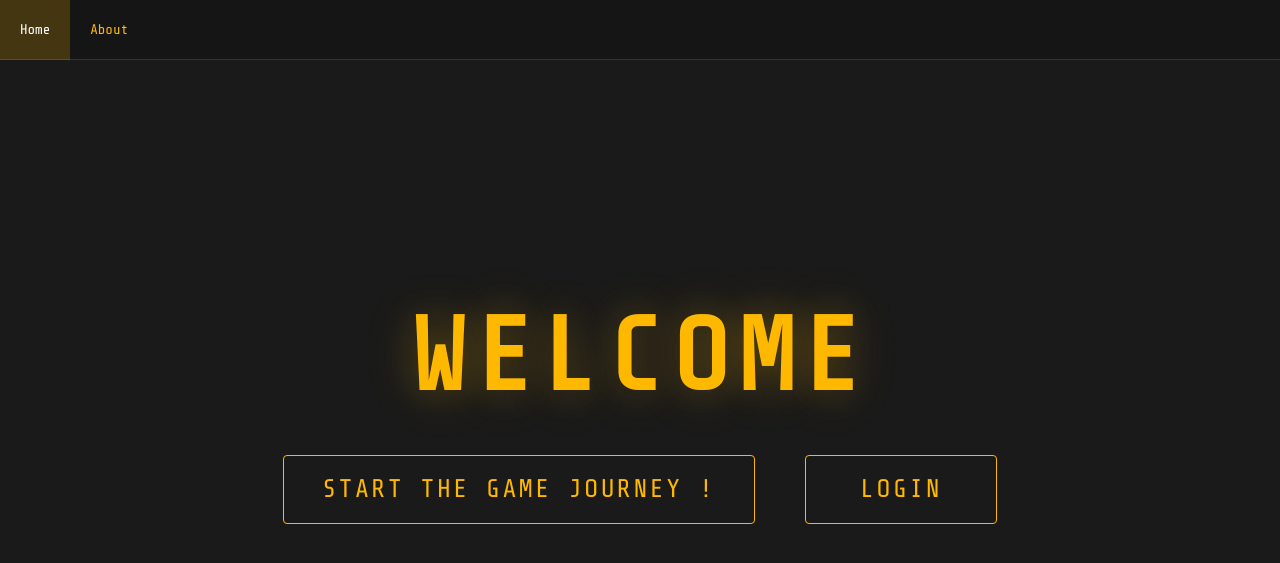
Repository: qqqq121114/se_417
Page: / (app in client/)
The author's editor kept a copy of each file at every save. The page is drawn from the files as they stood at one save, then again after the next save.
The browser window is 1280 px wide. The pictures show the whole page.
The project was rebuilt for these pictures with package versions that can differ from the ones it lists, and the page was loaded fresh each time. Also part of the build but not shown: client/vite.config.js.

Above is the page before, as saved 2024-12-08 11:41:23.

### client/src/main.js
import { createApp } from 'vue'
import { createPinia } from 'pinia'
import ElementPlus from 'element-plus'
import 'element-plus/dist/index.css'
import App from './App.vue'
import router from './router'

const app = createApp(App)

app.use(createPinia())
app.use(router)
app.use(ElementPlus)

app.mount('#app')

### client/src/App.vue
<template>
  <div id="app" class="cyber-theme">
    <el-container>
      <el-header>
        <el-menu mode="horizontal" router class="cyber-menu">
          <el-menu-item index="/">Home</el-menu-item>
          <el-menu-item index="/about">About</el-menu-item>
        </el-menu>
      </el-header>
      <el-main>
        <router-view></router-view>
      </el-main>
    </el-container>
  </div>
</template>

<script setup>
import { ElContainer, ElHeader, ElMain, ElMenu, ElMenuItem } from 'element-plus'
import 'element-plus/dist/index.css'
</script>

<style>
@import url('https://fonts.googleapis.com/css2?family=Share+Tech+Mono&display=swap');

/* 重置默认样式 */
* {
  margin: 0;
  padding: 0;
  box-sizing: border-box;
}

html, body {
  margin: 0;
  padding: 0;
  width: 100%;
  height: 100%;
  overflow-x: hidden;
  background-color: var(--cyber-bg);
}

:root {
  --cyber-bg: #1a1a1a;
  --cyber-text: #FFB800;
  --cyber-glow: #FFB80033;
  --cyber-border: #333333;
}

#app {
  font-family: 'Share Tech Mono', monospace;
  -webkit-font-smoothing: antialiased;
  -moz-osx-font-smoothing: grayscale;
  color: var(--cyber-text);
  background-color: var(--cyber-bg);
  min-height: 100vh;
  width: 100%;
  margin: 0;
  padding: 0;
}

.cyber-theme {
  background: var(--cyber-bg);
  min-height: 100vh;
  width: 100%;
}

.el-container {
  min-height: 100vh;
  margin: 0;
  padding: 0;
}

.el-header {
  padding: 0;
  background: rgba(0, 0, 0, 0.2);
  border-bottom: 1px solid var(--cyber-border);
  margin: 0;
}

.el-main {
  padding: 20px;
  background: var(--cyber-bg);
  margin: 0;
}

.cyber-menu {
  background: transparent !important;
  border: none !important;
  margin: 0;
  padding: 0;
}

.el-menu--horizontal > .el-menu-item {
  color: var(--cyber-text) !important;
  font-family: 'Share Tech Mono', monospace !important;
  border: none !important;
}

.el-menu--horizontal > .el-menu-item:hover,
.el-menu--horizontal > .el-menu-item:focus,
.el-menu--horizontal > .el-menu-item.is-active {
  color: #fff !important;
  background: var(--cyber-glow) !important;
  border: none !important;
}

/* 全局按钮样式 */
.el-button {
  background: transparent !important;
  border: 1px solid var(--cyber-text) !important;
  color: var(--cyber-text) !important;
  font-family: 'Share Tech Mono', monospace !important;
  transition: all 0.3s ease;
}

.el-button:hover {
  background: var(--cyber-glow) !important;
  color: #fff !important;
  box-shadow: 0 0 10px var(--cyber-glow);
}

/* 卡片样式 */
.el-card {
  background: rgba(0, 0, 0, 0.2) !important;
  border: 1px solid var(--cyber-border) !important;
  backdrop-filter: blur(5px);
}

.el-card__header {
  border-bottom: 1px solid var(--cyber-border) !important;
}
</style>

### client/src/router/index.js
import { createRouter, createWebHistory } from 'vue-router'
import Home from '../views/Home.vue'

const routes = [
  {
    path: '/',
    name: 'Home',
    component: Home
  },
  {
    path: '/about',
    name: 'About',
    component: () => import('../views/About.vue')
  },
  {
    path: '/register',
    name: 'Register',
    component: () => import('../views/Register.vue')
  }
]

const router = createRouter({
  history: createWebHistory(),
  routes
})

export default router

### client/src/views/Home.vue
<template>
  <div class="home">
    <div class="welcome-container">
      <h1 class="cyber-title noselect">Welcome</h1>
      <div class="button-group">
        <el-button class="cyber-button" size="large" @click="$router.push('/register')">Start The Game Journey !</el-button>
        <el-button class="cyber-button" size="large">LOGIN</el-button>
      </div>
    </div>
  </div>
</template>

<script setup>
</script>

<style scoped>
.home {
  display: flex;
  justify-content: center;
  align-items: center;
  min-height: calc(100vh - 60px);
  padding: 20px;
}

.welcome-container {
  text-align: center;
  width: 60vw;
}

.cyber-title {
  font-size: 8vw;
  color: var(--cyber-text);
  text-transform: uppercase;
  letter-spacing: 0.1em;
  margin-bottom: 5vh;
  text-shadow: 0 0 20px var(--cyber-glow);
  animation: glow 1.5s ease-in-out infinite alternate;
  line-height: 1.2;
  font-family: 'Share Tech Mono', monospace;
  user-select: none;
  -webkit-user-select: none;
  -moz-user-select: none;
  -ms-user-select: none;
  cursor: default;
  white-space: nowrap;
}

.button-group {
  display: flex;
  gap: 3vw;
  justify-content: center;
}

.cyber-button {
  font-size: 2vw !important;
  padding: 2vh 3vw !important;
  min-width: 15vw !important;
  font-family: 'Share Tech Mono', monospace !important;
  text-transform: uppercase;
  letter-spacing: 0.1em;
  height: auto !important;
  line-height: 1.5 !important;
}

@keyframes glow {
  from {
    text-shadow: 0 0 20px var(--cyber-glow), 0 0 40px var(--cyber-glow);
  }
  to {
    text-shadow: 0 0 40px var(--cyber-glow), 0 0 60px var(--cyber-glow);
  }
}

/* 响应式设计 */
@media (max-width: 768px) {
  .cyber-title {
    font-size: 12vw;
    white-space: normal;
  }

  .button-group {
    flex-direction: column;
    align-items: center;
    gap: 3vh;
  }

  .cyber-button {
    width: 60vw !important;
    font-size: 5vw !important;
    padding: 2vh 4vw !important;
  }
}
</style>

Loaded but not shown: client/index.html (common file)

After the next save:
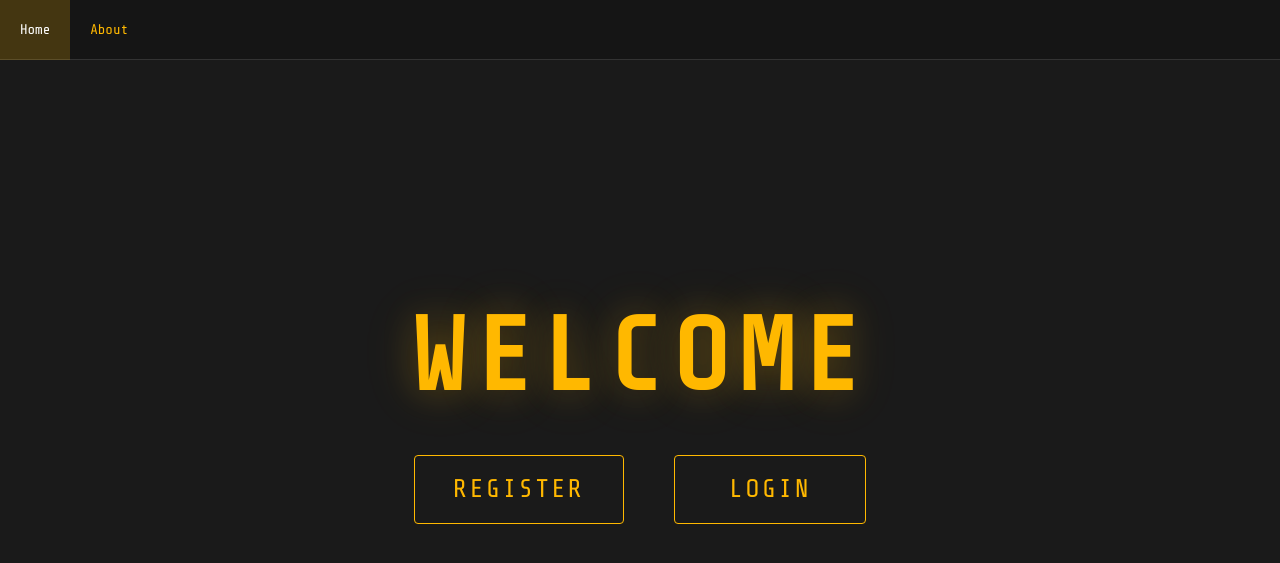
Saved 7 s later.
--- a/client/src/views/Home.vue
+++ b/client/src/views/Home.vue
@@ -3,7 +3,7 @@
     <div class="welcome-container">
       <h1 class="cyber-title noselect">Welcome</h1>
       <div class="button-group">
-        <el-button class="cyber-button" size="large" @click="$router.push('/register')">Start The Game Journey !</el-button>
+        <el-button class="cyber-button" size="large" @click="$router.push('/register')">REGISTER</el-button>
         <el-button class="cyber-button" size="large">LOGIN</el-button>
       </div>
     </div>
